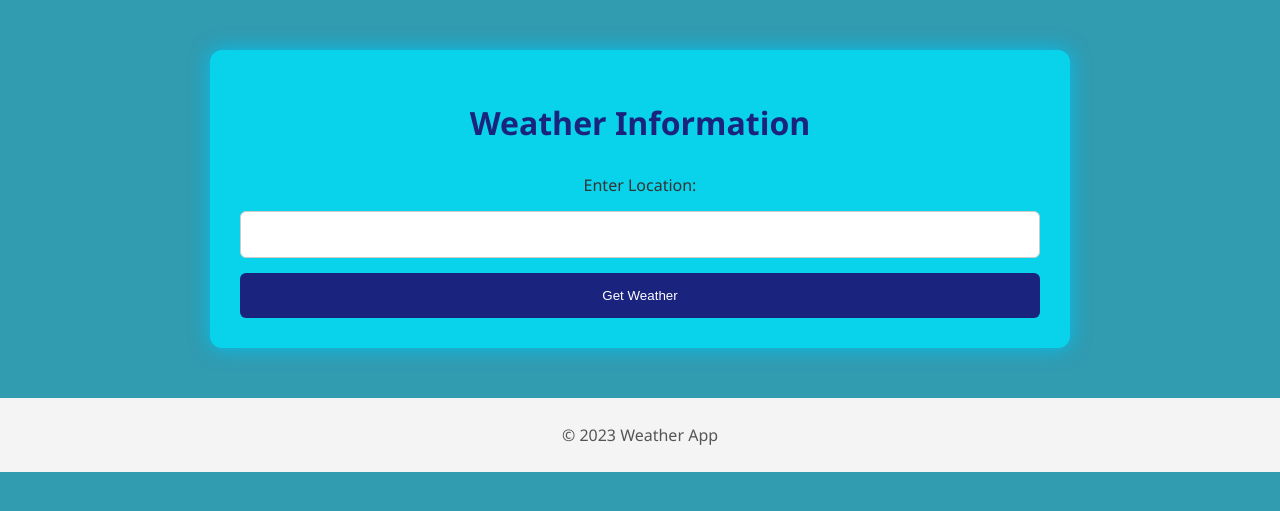
Repository: muke2110/weather
Page: http://localhost/
An editor plug-in stored every save of this project. The page is shown before and after a run of saves, followed by the edit.
The browser window is 1280 px wide. The pictures show the whole page.
The page is served by the project's Node server (app.js).

Above is the page before, as saved 2023-12-08 19:43:17.

After the next 3 saves:
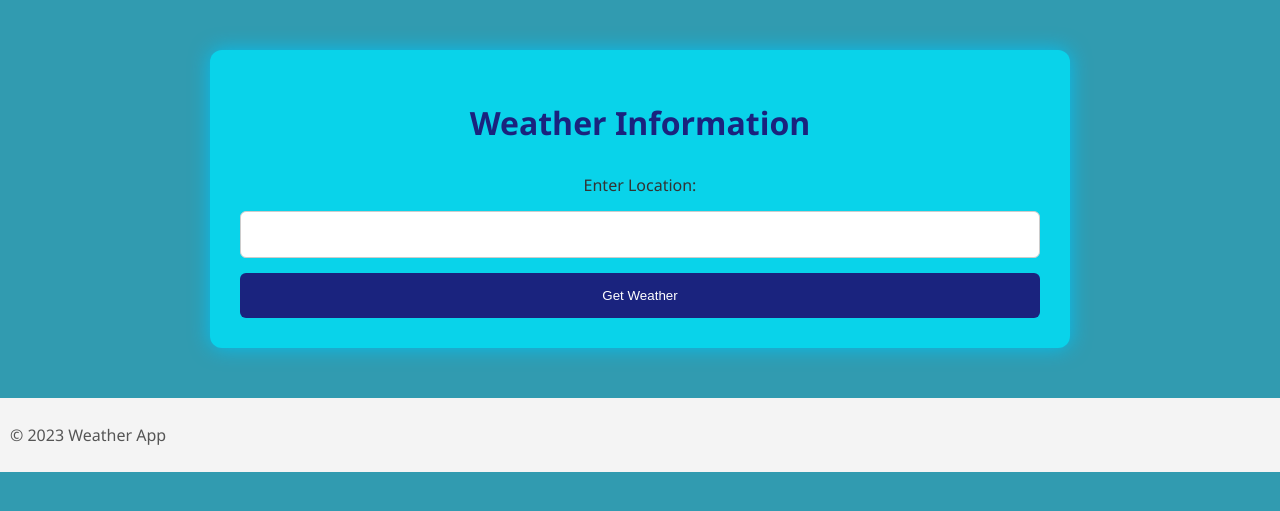
The 3 saves are shown as one change because they came seconds apart.
The last was saved 8 s later.
--- a/public/styles.css
+++ b/public/styles.css
@@ -72,5 +72,5 @@
     color: #555;
     background-color: #f4f4f4; /* Add background color to the footer */
     margin-top:auto;
-    /* Push the
+    display: flex;
 }

After the save that followed:
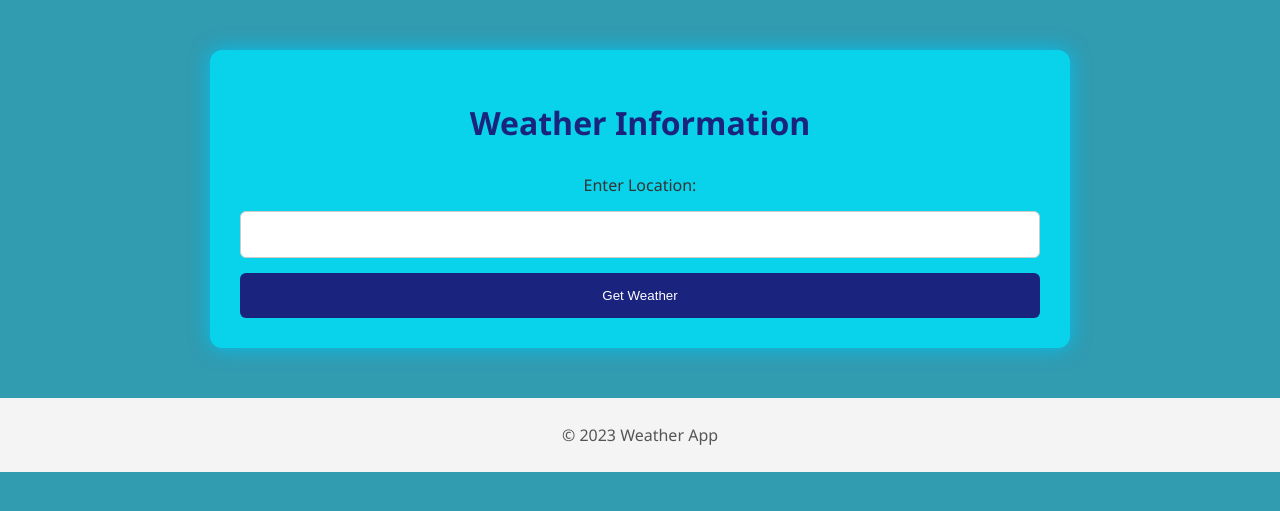
Saved 12 s later.
--- a/public/styles.css
+++ b/public/styles.css
@@ -72,5 +72,5 @@
     color: #555;
     background-color: #f4f4f4; /* Add background color to the footer */
     margin-top:auto;
-    display: flex;
+
 }
